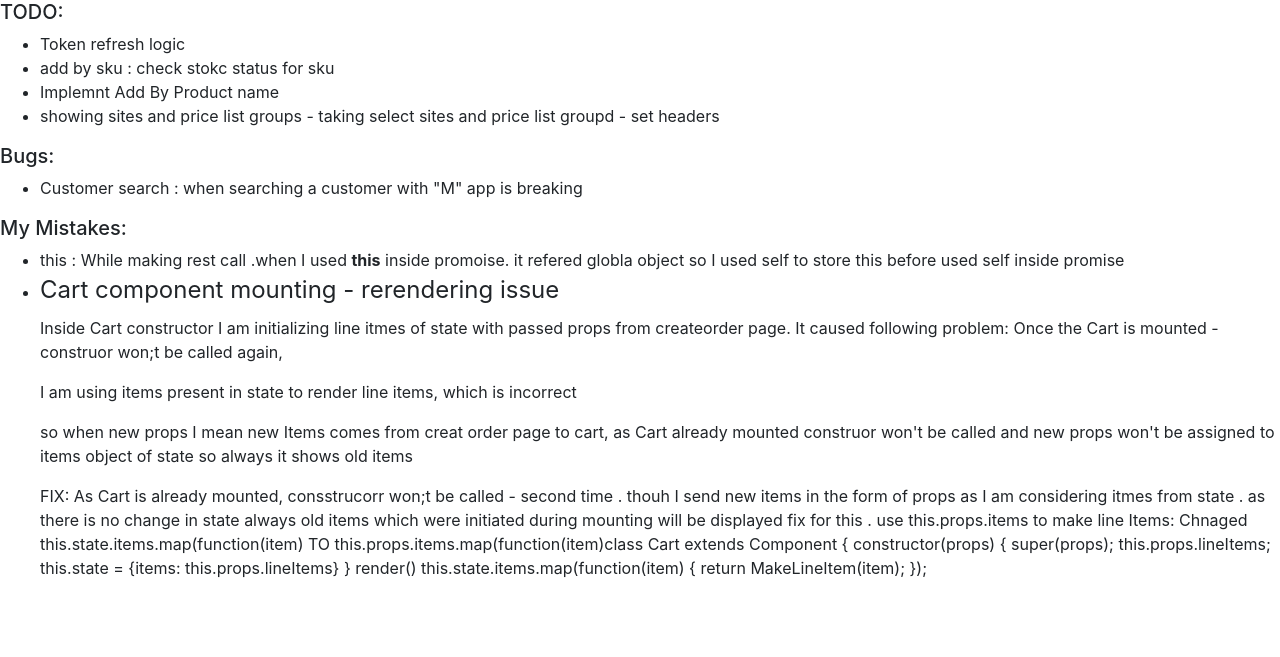
Repository: testtiger/reactagent
Page: /todo
An editor plug-in stored every save of this project. The page is shown before and after a run of saves, followed by the edit.
The browser window is 1280 px wide. The pictures show the whole page.
The project was rebuilt for these pictures with package versions that can differ from the ones it lists, and the page was loaded fresh each time. Also part of the build but not shown: src/components/Agent/Rest/agent-rest-client.js, src/components/Agent/Dashboard/quicklinks.jsx, src/components/Agent/Dashboard/announcements.jsx, src/components/Agent/Dashboard/recentorders.jsx, src/components/Agent/Dashboard/pendingactions.jsx, src/components/Agent/Dashboard/DashboardPage.jsx, src/components/Agent/Shared/Navigation.jsx, src/components/Agent/Login/loginpage.jsx and 12 more.

Above is the page before, as saved 2018-12-15 16:49:32.

### src/index.js
//start it with npm start
//create-react-app MyApp

import React from "react";
import ReactDOM from "react-dom";
import "bootstrap/dist/css/bootstrap.css";
import LoginPage from "./components/Agent/Login/loginpage";
import App from "./components/Agent/App/App";
import CreateOrderPage from "./components/Agent/CreateOrder/CreateOrderPage";
import CustomerSearchPage from "./components/Agent/CustomerSearch/CustomerSearchPage";
import AddressFields from "./components/Agent/CreateOrder/AddressFields";
ReactDOM.render(<App/>, document.getElementById("root"));
//ReactDOM.render(<AddressFields />, document.getElementById("root"));

### src/components/Agent/App/App.jsx
import React, { Component } from "react";
import LoginPage from "../Login/loginpage";
import Routes from "../Router/route";
import SearchCriteria from "../CustomerSearch/SearchCriteria";
import Register from "../CustomerSearch/Registration";

export default class App extends Component {
  render() {
    return <Routes />;
    //return <LoginPage />;
  }
}

/***
 * TODO : token expiry logic
 *
 *
 */

### src/components/Agent/Router/route.js
import React from "react";
import { BrowserRouter, Route, Switch } from "react-router-dom";
import LoginPage from "../Login/loginpage";
import DashboardPage from "../Dashboard/DashboardPage";
import CustomerSearchPage from "../CustomerSearch/CustomerSearchPage";
import Registration from "../CustomerSearch/Registration";
import CustomerProfilePage from "../CustomerProfile/CustomerProfilePage.jsx";
import Navigation from "../Shared/Navigation";
import CreateOrderPage from "../CreateOrder/CreateOrderPage";
import TODO from "../BugsTODO/TODO";


var Routes = function() {
  return <BrowserRouter>
      <div>
        <Navigation />
        <Switch>
          <Route exact path="/" component={LoginPage} />
          <Route path="/welcome" component={DashboardPage} />
          <Route exact path="/customers" component={CustomerSearchPage} />
          <Route exact path="/customers/registration" component={Registration} />
          <Route exact path="/customers/profiles/:id" component={CustomerProfilePage} />
          <Route exact path="/createOrder/:profileId" component={CreateOrderPage} />
          <Route exact path="/todo" component={TODO} />
          <Route path="*" component={LoginPage} />
        </Switch>
      </div>
    </BrowserRouter>;
};

export default Routes;

### src/components/Agent/BugsTODO/TODO.jsx
import React, { Component } from "react";

export default class TODO extends Component {
  render() {
    return (
      <div>
        <h5>TODO:</h5>
        <ul>
          <li> Token refresh logic</li>
          <li> add by sku : check stokc status for sku</li>
          <li> Implemnt Add By Product name</li>
          <li>
            {" "}
            showing sites and price list groups - taking select sites and price
            list groupd - set headers
          </li>
        </ul>
        <h5>Bugs:</h5>
        <ul>
          <li>
            Customer search : when searching a customer with "M" app is breaking
          </li>
        </ul>
        <h5>My Mistakes:</h5>
        <ul>
          <li>
            this : While making rest call .when I used <strong>this</strong>{" "}
            inside promoise. it refered globla object so I used self to store
            this before used self inside promise
          </li>
          <li>
            <legend>Cart component mounting - rerendering issue</legend>
            <span>
              <p>
                Inside Cart constructor I am initializing line itmes of state
                with passed props from createorder page. It caused following
                problem: Once the Cart is mounted - construor won;t be called
                again,
              </p>
              <p>I am using items present in state to render line items, which is incorrect</p>
              <p>
                so when new props I mean new Items comes from creat order page
                to cart, as Cart already mounted construor won't be called and
                new props won't be assigned to items object of state so
                always it shows old items
              </p>
              FIX: As Cart is already mounted, consstrucorr won;t
              be called - second time . thouh I send new items in the form of
              props as I am considering itmes from state . as there is no change
              in state always old items which were initiated during mounting
              will be displayed fix for this . use this.props.items to make line
              Items: Chnaged
              this.state.items.map(function(item) TO
              this.props.items.map(function(item)
              {
                "class Cart extends Component\
                 { \
                     constructor(props) {\
                          super(props);\
                          this.props.lineItems;\
                           this.state = {items: this.props.lineItems}\
                     }\
                    render() \
                    this.state.items.map(function(item) {\
                    return MakeLineItem(item);\
                    });\
                     "
              }
            </span>
          </li>
        </ul>
      </div>
    );
  }
}

Loaded but not shown: public/index.html (common file)

After the next 4 saves:
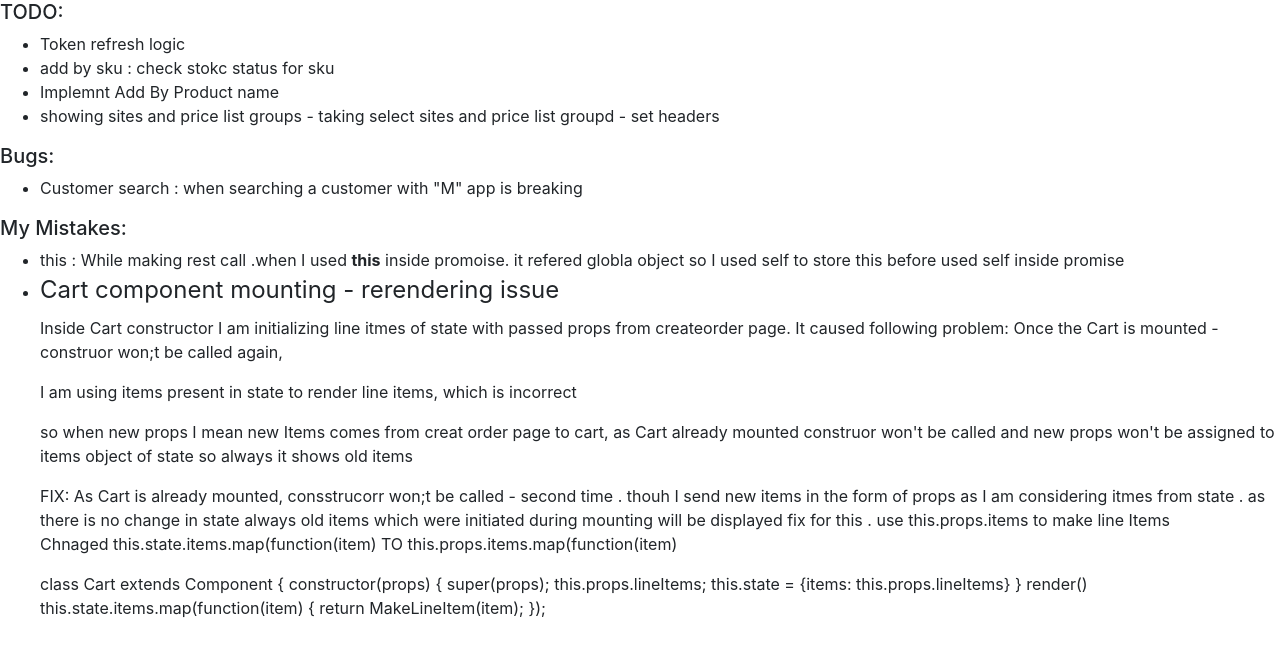
The 4 saves are shown as one change because they came seconds apart.
The last was saved 9 s later.
--- a/src/components/Agent/BugsTODO/TODO.jsx
+++ b/src/components/Agent/BugsTODO/TODO.jsx
@@ -37,21 +37,26 @@ export default class TODO extends Component {
                 problem: Once the Cart is mounted - construor won;t be called
                 again,
               </p>
-              <p>I am using items present in state to render line items, which is incorrect</p>
+              <p>
+                I am using items present in state to render line items, which is
+                incorrect
+              </p>
               <p>
                 so when new props I mean new Items comes from creat order page
                 to cart, as Cart already mounted construor won't be called and
-                new props won't be assigned to items object of state so
-                always it shows old items
+                new props won't be assigned to items object of state so always
+                it shows old items
               </p>
-              FIX: As Cart is already mounted, consstrucorr won;t
-              be called - second time . thouh I send new items in the form of
-              props as I am considering itmes from state . as there is no change
-              in state always old items which were initiated during mounting
-              will be displayed fix for this . use this.props.items to make line
-              Items: Chnaged
-              this.state.items.map(function(item) TO
-              this.props.items.map(function(item)
+              FIX: As Cart is already mounted, consstrucorr won;t be called -
+              second time . thouh I send new items in the form of props as I am
+              considering itmes from state . as there is no change in state
+              always old items which were initiated during mounting will be
+              displayed fix for this . use this.props.items to make line Items
+              <p>
+                {" "}
+                Chnaged this.state.items.map(function(item) TO
+                this.props.items.map(function(item)
+              </p>
               {
                 "class Cart extends Component\
                  { \
